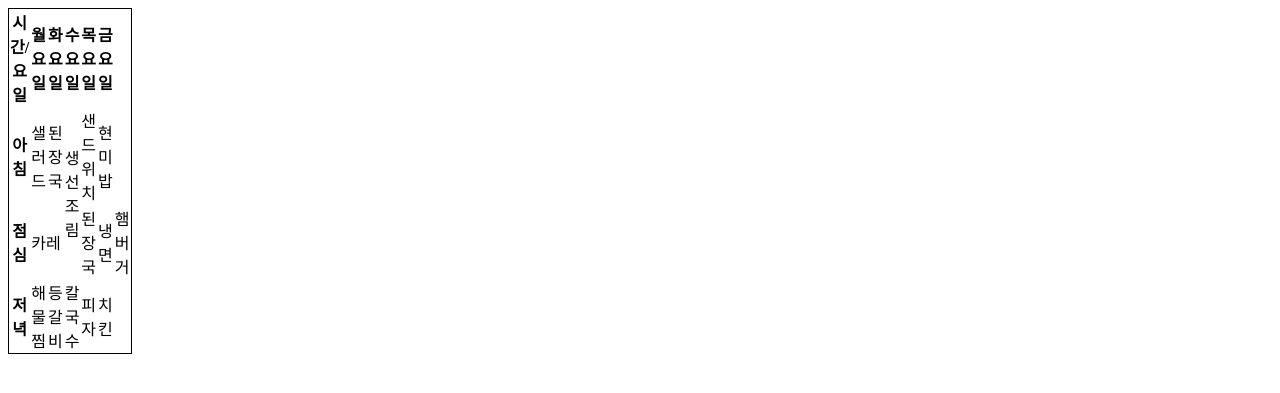
Repository: hana825/Web
Page: web/WebContent/test.html
The author's editor kept a copy of each file at every save. The page is drawn from the files as they stood at one save, then again after the next save.
The browser window is 1280 px wide. The pictures show the whole page.

Above is the page before, as saved 2022-03-17 08:35:06.

After the next save:
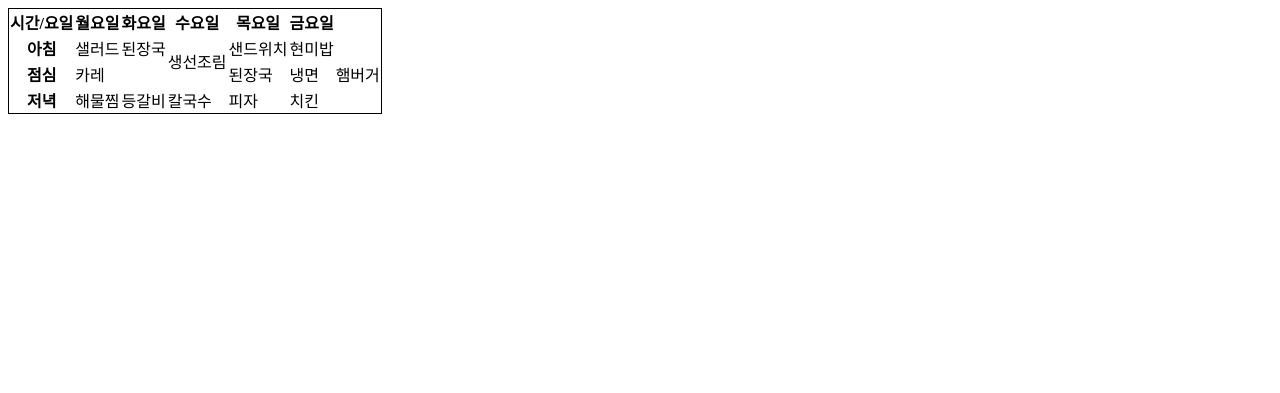
Saved 13 s later.
--- a/web/WebContent/test.html
+++ b/web/WebContent/test.html
@@ -5,7 +5,7 @@
 <title>Insert title here</title>
 
 <style>
-table{width:5px;
+table{width:100;
 	   border-collapse: collapse;
 	   border: 1px solid black;
 }
